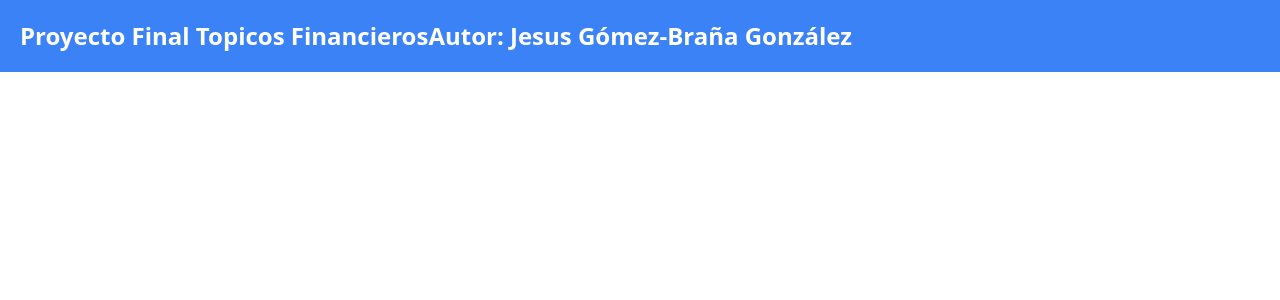
Repository: SistemaACT/Portafolio
Page: /
The author's editor kept a copy of each file at every save. The page is drawn from the files as they stood at one save, then again after the next save.
The browser window is 1280 px wide. The pictures show the whole page.
The project was rebuilt for these pictures with package versions that can differ from the ones it lists, and the page was loaded fresh each time. The framework's server and built-in components were replaced by stand-ins that run in the browser. Also part of the build but not shown: svelte.config.js, vite.config.ts.

Above is the page before, as saved 2024-07-06 23:44:03.

### src/routes/+page.svelte
<div class="w-full bg-blue-500 text-white p-5 text-2xl font-bold flex">
    <h1>
        Proyecto Final Topicos Financieros
    </h1>
    <p>Autor: Jesus Gómez-Braña González</p>

</div>

Loaded but not shown: src/app.html (common file); src/routes/+layout.svelte (common file); src/app.css (common file); tailwind.config.js (common file)

After the next save:
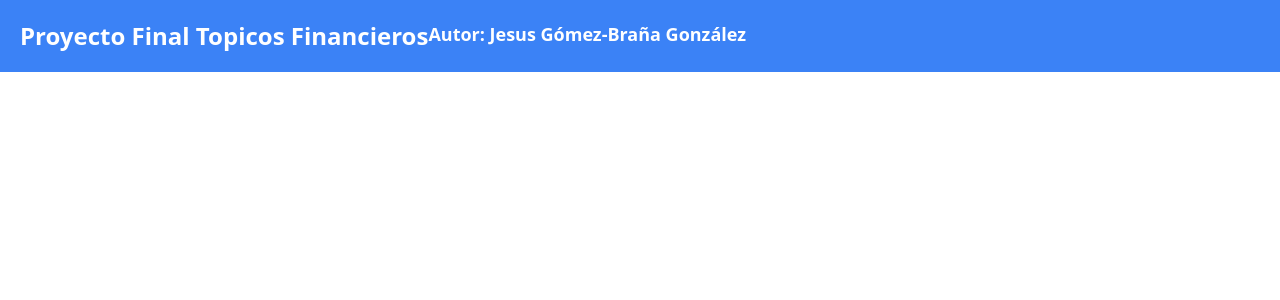
Saved 11 s later.
--- a/src/routes/+page.svelte
+++ b/src/routes/+page.svelte
@@ -2,6 +2,6 @@
     <h1>
         Proyecto Final Topicos Financieros
     </h1>
-    <p>Autor: Jesus Gómez-Braña González</p>
+    <p class="text-lg">Autor: Jesus Gómez-Braña González</p>
 
 </div>
